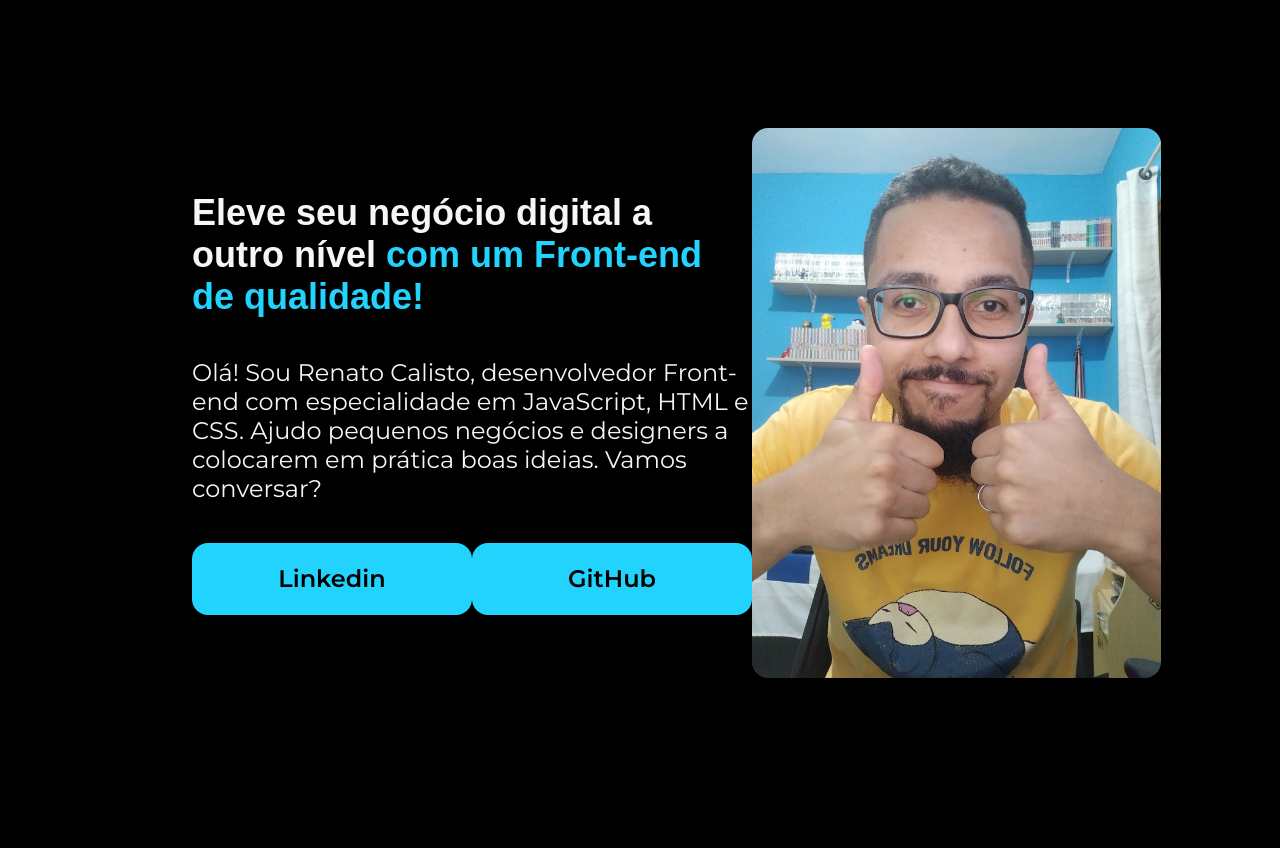
Repository: RenatoCCS/Portfolio_Alura
Page: index.html
The author's editor kept a copy of each file at every save. The page is drawn from the files as they stood at one save, then again after the next save.
The browser window is 1280 px wide. The pictures show the whole page.
Some web fonts or font styles are not loaded; a fallback is used.

Above is the page before, as saved 2023-02-27 17:34:50.

After the next save:
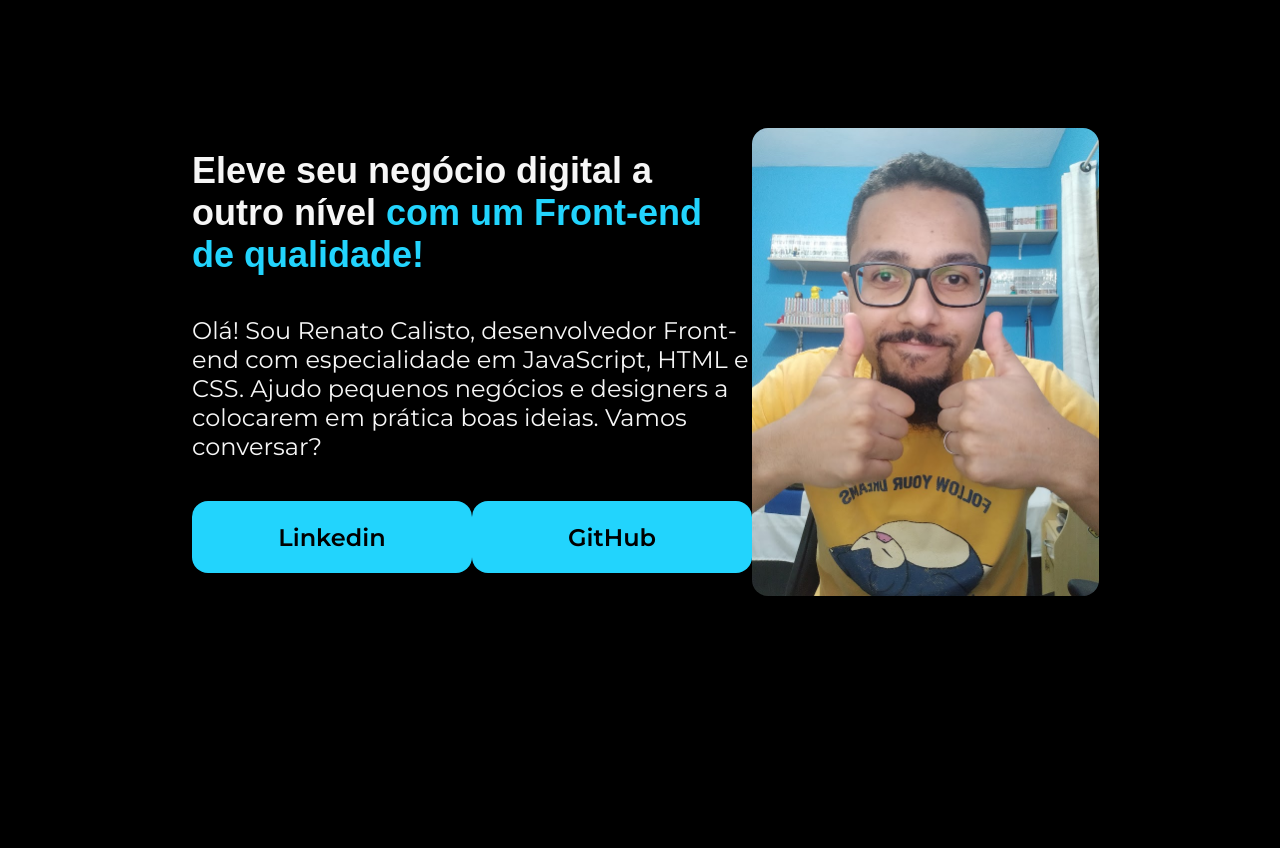
Saved 14 s later.
--- a/style.css
+++ b/style.css
@@ -59,7 +59,7 @@ body {
 }
 
 .apresentacao__foto {
-  height: 550px;
+  height: 467.71px;
   width: 488px;
   left: 1030px;
   top: 235px;
